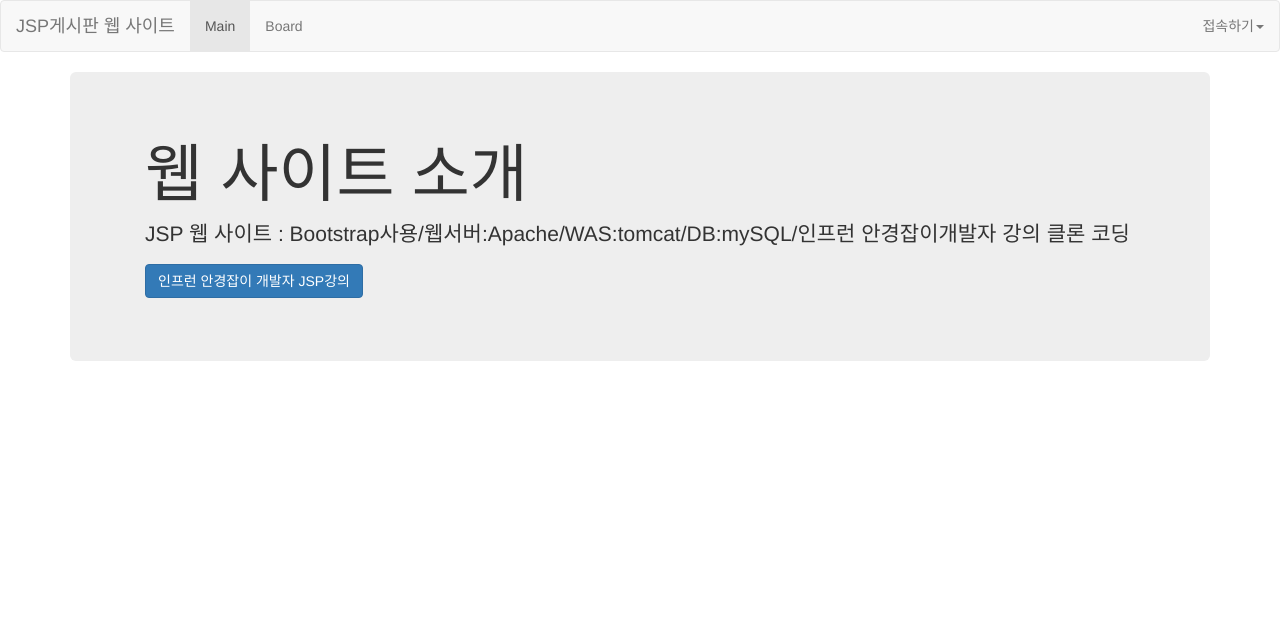
Repository: kwonsye/JSP_Board
Page: http://localhost/BBS/main.jsp
An editor plug-in stored every save of this project. The page is shown before and after the next save, followed by the edit.
The browser window is 1280 px wide. The pictures show the whole page.
Some web libraries are served in a nearby version. The page is served by Tomcat 9. Other server files are loaded and not shown.

Above is the page before, as saved 2019-01-06 15:42:38.

### projects/BBS/WebContent/main.jsp
<%@ page language="java" contentType="text/html; charset=UTF-8"
    pageEncoding="UTF-8"%>
<%@ page import="java.io.PrintWriter" %>
<!DOCTYPE html>
<html>
<head>
<meta http-equiv="Content-Type" content="text/html; charset=UTF-8">
<!-- Bootstrap참조하는 부분 -->
<meta name="viewport" content="width=device-width" initial-scale="1">
<link rel="stylesheet" href="css/bootstrap.css">
<title>메인 페이지 테스트</title>
</head>
<body>

	<%
		//로그인이 된 사람이라면
		String userID = null;
		if(session.getAttribute("userID") != null){
			userID = (String) session.getAttribute("userID");
		}
	%>
	<!-- 자바스크립트 파일 추가 -->
	<script src="https://code.jquery.com/jquery-3.1.1.min.js"></script>
	<script src="js/bootstrap.js"></script>
	<!-- 네비게이션 메뉴바 달기 -->
	<nav class="navbar navbar-default">
		<div class="navbar-header">
			<button type="button" class="navbar-toggle collapsed"
				data-toggle="collapse" data-target="#bs-example-navbar-collapse-1"
				aria-expanded="false">
				<span class="icon-bar"></span>
				<span class="icon-bar"></span>
				<span class="icon-bar"></span>
			</button>
			<a class="navbar-brand" href="main.jsp">JSP게시판 웹 사이트</a>
		</div>
		<div class="collapse navbar-collapse" id="bs-example-navbar-collapse-1">
			<ul class="nav navbar-nav">
				<li class="active"><a href="main.jsp">Main</a></li>
				<li><a href="bbs.jsp">Board</a></li>
			</ul>
			<%
				//로그인이 된 상태가 아닐 떄만 접속하기가 보이게 한다.
				if(userID == null){
			%>
			<ul class="nav navbar-nav navbar-right">
				<li class="dropdown">
					<a href="#" class="dropdown-toggle" data-toggle="dropdown" role="button" aria-haspopup="true"
						aria-expanded="false">접속하기<span class="caret"></span></a>
					<ul class="dropdown-menu">
						<li><a href="login.jsp">로그인</a></li>
						<li><a href="join.jsp">회원가입</a></li>
					</ul>
				</li>
			</ul>
			<%
			//로그인이 된 사람만 볼 수 있는 화면
				}else{
			%>
			<ul class="nav navbar-nav navbar-right">
				<li class="dropdown">
					<a href="#" class="dropdown-toggle" data-toggle="dropdown" role="button" aria-haspopup="true"
						aria-expanded="false">회원관리<span class="caret"></span></a>
					<ul class="dropdown-menu">
						<li><a href="logoutAction.jsp">로그아웃</a></li>
					</ul>
				</li>
			</ul>
			<%
				}
			%>

		</div>
	</nav>

	<!-- 웹사이트를 소개하는 부분 -->
	<div class="container">
		<div class="jumbotron">
			<div class="container">
				<h1>웹 사이트 소개</h1>
				<p>JSP 웹 사이트 : Bootstrap사용/웹서버:Apache/WAS:tomcat/DB:mySQL/인프런 안경잡이개발자 강의 클론 코딩</p>
				<p><a class="btn btn-primary btn-pull" href="https://www.inflearn.com/course/jsp-게시판" role="button">인프런 안경잡이 개발자 JSP강의</a></p>

			</div>
		</div>
	</div>

</body>
</html>

Loaded but not shown: projects/BBS/WebContent/css/bootstrap.css (library); projects/BBS/WebContent/js/bootstrap.js (library)

After the next save:
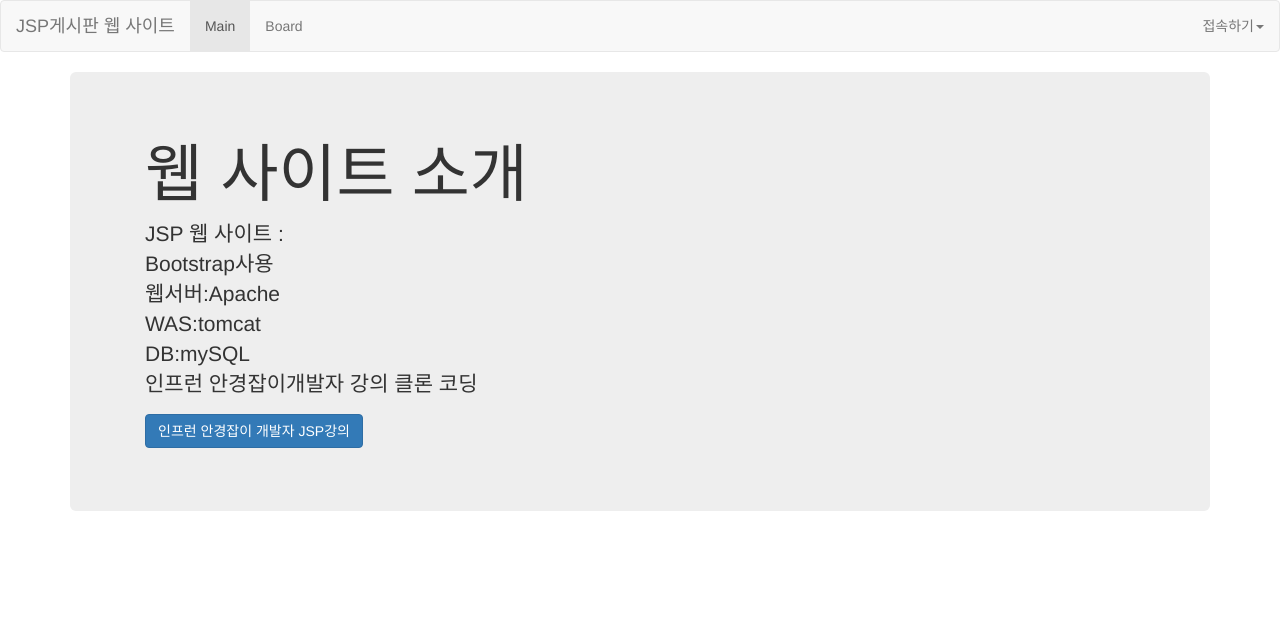
Saved 6 min 0 s later.
--- a/projects/BBS/WebContent/main.jsp
+++ b/projects/BBS/WebContent/main.jsp
@@ -78,7 +78,13 @@
 		<div class="jumbotron">
 			<div class="container">
 				<h1>웹 사이트 소개</h1>
-				<p>JSP 웹 사이트 : Bootstrap사용/웹서버:Apache/WAS:tomcat/DB:mySQL/인프런 안경잡이개발자 강의 클론 코딩</p>
+				<p>JSP 웹 사이트 :
+					<br>Bootstrap사용
+					<br>웹서버:Apache
+					<br>WAS:tomcat
+					<br>DB:mySQL
+					<br>인프런 안경잡이개발자 강의 클론 코딩
+				</p>
 				<p><a class="btn btn-primary btn-pull" href="https://www.inflearn.com/course/jsp-게시판" role="button">인프런 안경잡이 개발자 JSP강의</a></p>
 
 			</div>

After the 2 saves that followed:
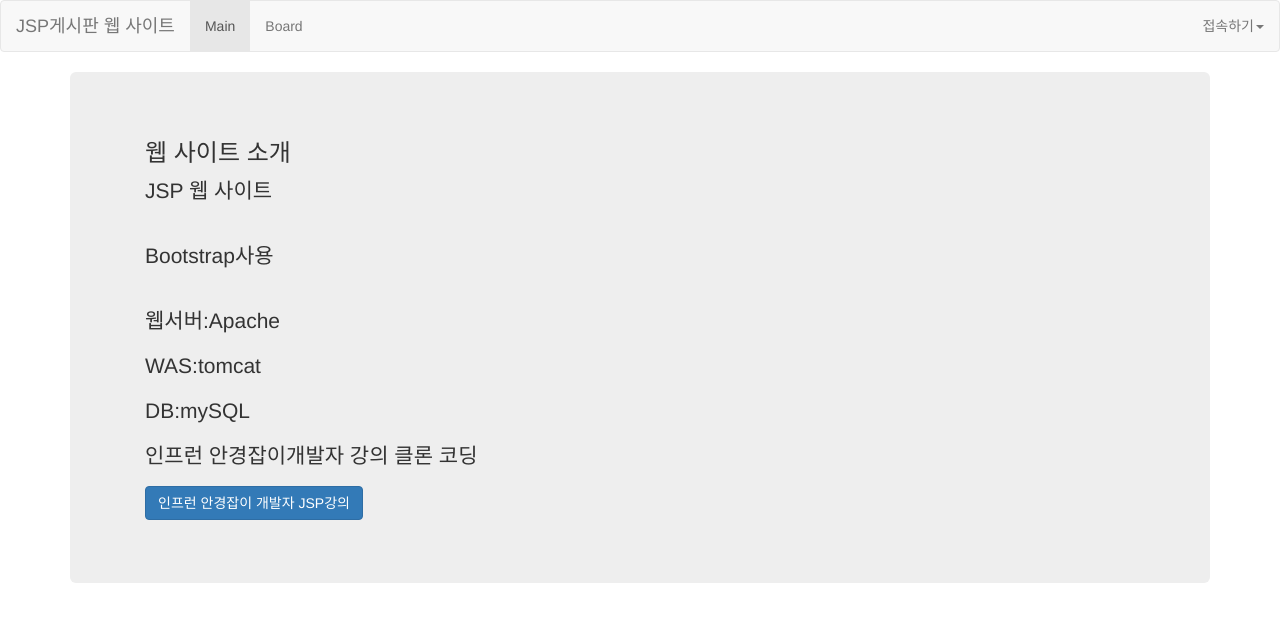
The 2 saves are shown as one change because 1 left the picture as it was.
The last was saved 7 min 10 s later.
--- a/projects/BBS/WebContent/main.jsp
+++ b/projects/BBS/WebContent/main.jsp
@@ -77,14 +77,13 @@
 	<div class="container">
 		<div class="jumbotron">
 			<div class="container">
-				<h1>웹 사이트 소개</h1>
-				<p>JSP 웹 사이트 :
-					<br>Bootstrap사용
-					<br>웹서버:Apache
-					<br>WAS:tomcat
-					<br>DB:mySQL
-					<br>인프런 안경잡이개발자 강의 클론 코딩
-				</p>
+				<h3>웹 사이트 소개</h3>
+				<p>JSP 웹 사이트</p><br>
+				<p>Bootstrap사용</p><br>
+				<p>웹서버:Apache</p>
+				<p>WAS:tomcat</p>
+				<p>DB:mySQL</p>
+				<p>인프런 안경잡이개발자 강의 클론 코딩</p>
 				<p><a class="btn btn-primary btn-pull" href="https://www.inflearn.com/course/jsp-게시판" role="button">인프런 안경잡이 개발자 JSP강의</a></p>
 
 			</div>
